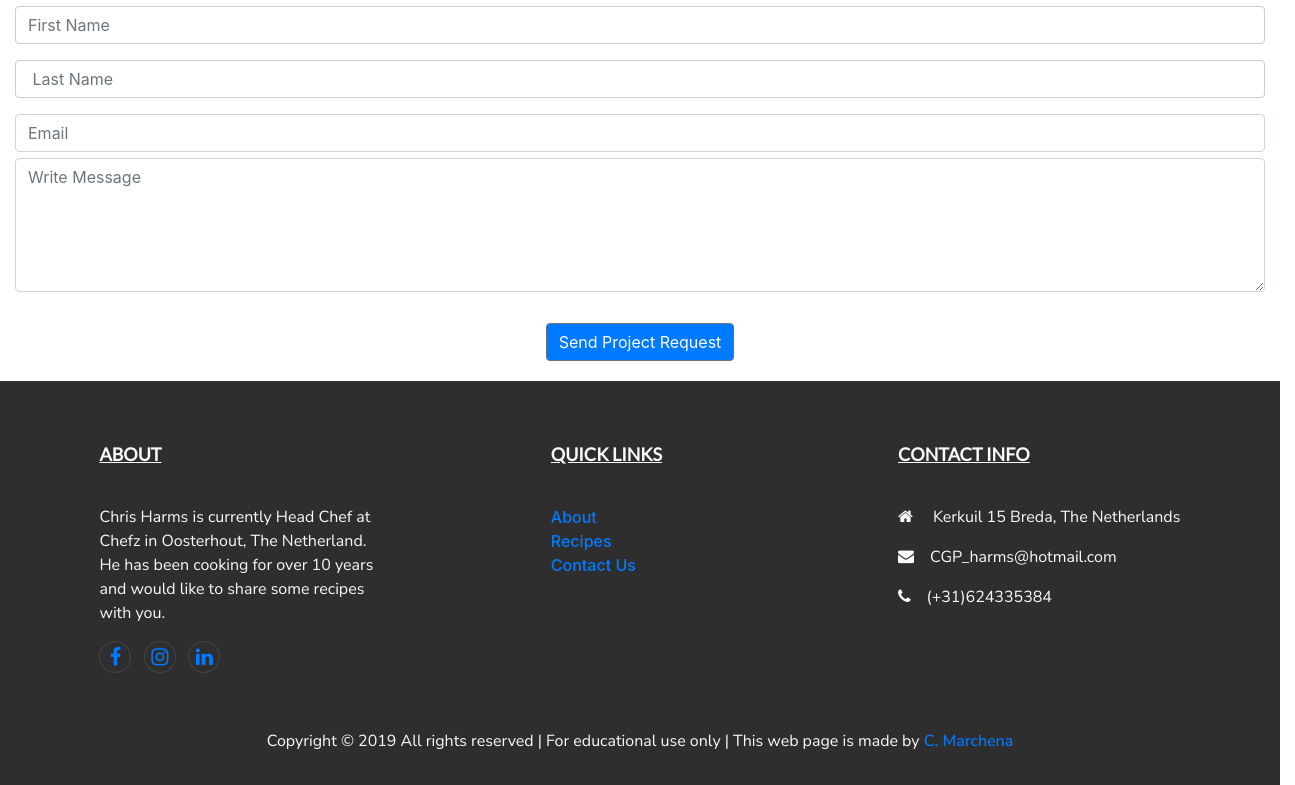
Repository: dugudugu/chris-harms-web
Page: contact.html
The author's editor kept a record of every edit. The page is drawn from the files as they stood at one moment, then again after the next edit.
The browser window is 1280 px wide. The page is 1295 px wide, so the pictures cover 1295 px, including what lies to the right of the window. The pictures show the part of the page from y = 640 to 1435 px (the page is 1425 px tall before and 1435 px after).
Some web fonts or font styles are not loaded; a fallback is used.

Above is the page before.

After the next edit:
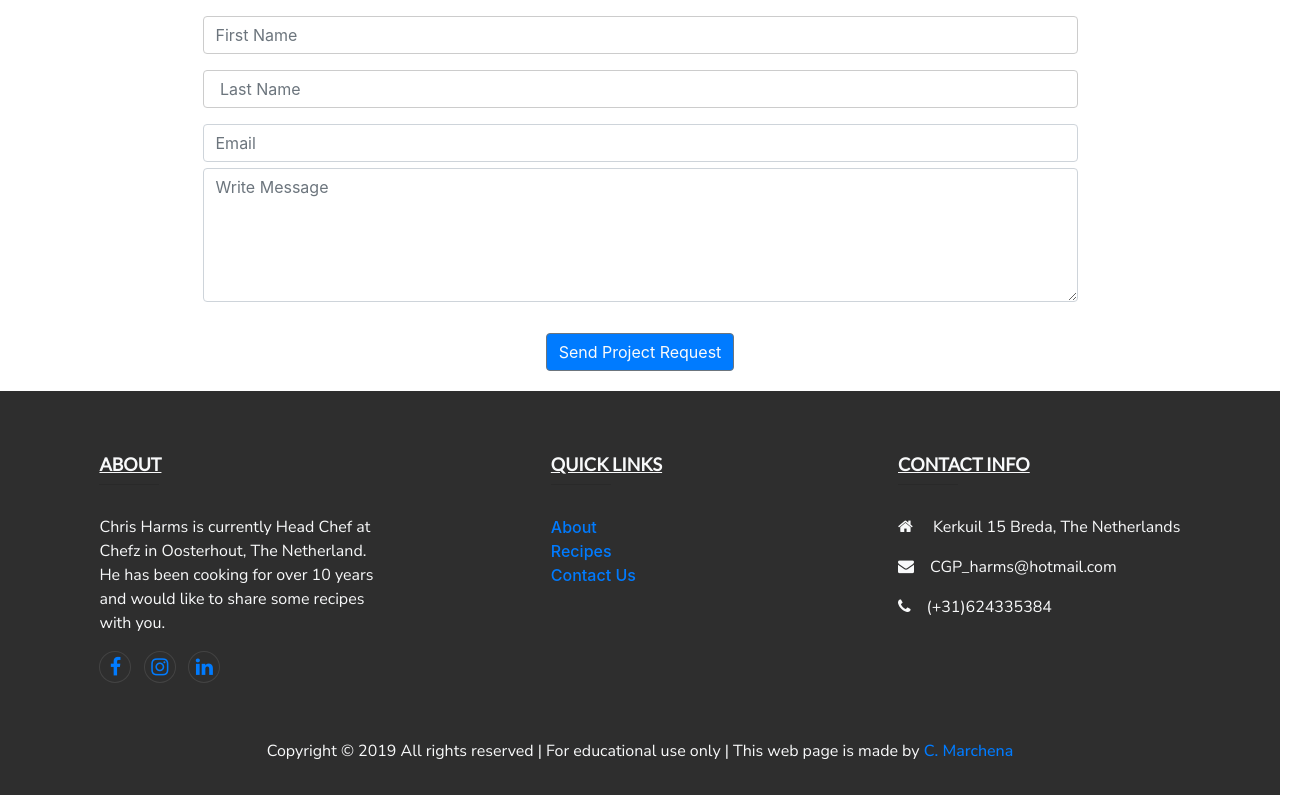
The edit:
--- a/css/contact.css
+++ b/css/contact.css
@@ -85,24 +85,13 @@
   background-color: #2e2e2e;
 }
 
-
-.container {
-  border-radius: 5px;
-  background-color: #f2f2f2;
-  padding: 30px;
+.center-form {
+    padding-top: 10px;
+    margin: 0 auto;
+    max-width: 70%;
 }
 
-.contact-form {
-    padding: 25px;
-}
 
-/* ----------------------------------------------------    Blockquote ------------*/
-
-.blockquote {
-    margin-bottom: 2em;
-    margin-top: 2em;
-    font-size: 1.25rem;
-}
 
 
 /* ----------------------------------------------------    Footer ------------*/
